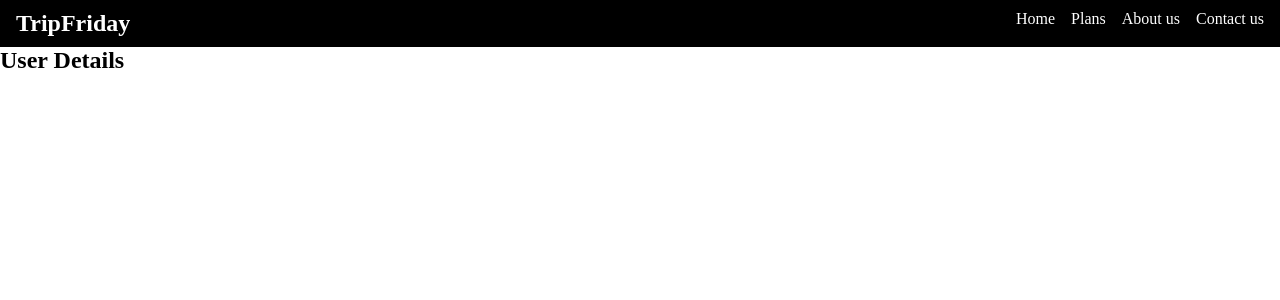
Repository: suraj-yadav7/userprofile
Page: /
These files come from the project's save history. The page is drawn as it stood at one moment and after the next save; the edit follows.
The browser window is 1280 px wide. The pictures show the whole page.
The page's requests for data from a server got no answer. The project was rebuilt for these pictures with package versions that can differ from the ones it lists, and the page was loaded fresh each time. No one was signed in, and anything a server would have sent is missing. Also part of the build but not shown: src/assests/userDetails.scss, src/components/UserDetails.jsx.

Above is the page before, as saved 2023-05-04 15:07:39.

### src/App.js
import './App.scss';
import UserProfile from './components/UserProfile';
import UserDetails from './components/UserDetails';
import { BrowserRouter as Router, Routes, Route } from 'react-router-dom';
import Header from './components/Header';


function App() {
  return (
    <>
    <Router>
      <Header />
      <Routes>
        <Route exact path='/' element={<UserProfile/>} />
        <Route exact path='/userdetails' element={<UserDetails/> } />
      </Routes>
    </Router>
    </>
  );
}

export default App;

### src/App.scss
*{
padding: 0;
margin: 0;
box-sizing: border-box;
}
nav{
    display: flex;
    justify-content:space-between;
    padding: 10px 1rem;
    background-color: black;
    color: white;
    >div>ul{
        display: flex;
        list-style: none;
        gap: 1rem;
    }
}

### src/components/UserProfile.jsx
import React, { useEffect, useState } from 'react';
import { useNavigate } from 'react-router-dom';
import "../assests/userProfile.scss";

const UserProfile = () => {
  const [show, setShow] = useState(false)
  const [userData, setUserData] = useState("")
  const navigate = useNavigate()

  const handleNavigate = () => {
    navigate("/userdetails")
  }

  useEffect(() => {
    const Users = async () => {
      try {
        const fetchUser = await fetch("https://jsonplaceholder.typicode.com/users")
        const data = await fetchUser.json()
        setUserData(data)
      }
      catch (error) {
        console.log("Error while fetching user data from api")
      }
    }
    Users()
  }, [])
  console.log(userData.username)
  return (
    <>
      <div className='userprofile'>
        <h2>User Details</h2>
        <div className='main'>
        <div className='userList'>
          {
            Array.isArray(userData) && userData.map((userIndex) => {
              return (
                <div className='fetchList'>
                  <p onMouseOver={() => setShow(true)} onMouseOut={() => setShow(false)}>{userIndex.username}</p> <button onClick={handleNavigate} >Show Details</button>
                </div>
              )
            })}

        </div>
        {show ?
          (<div className='hoverItem'>
            <p>Username: srikanth67</p>
            <p>Email: srikanth@gmail.com</p>
          </div>) : null
        }
        </div>
      </div>
    </>
  )
}

export default UserProfile

### src/components/Header.jsx
import React from 'react'

const Header = () => {
  return (
  <>
  <nav>
<h1>TripFriday</h1>
<div>
    <ul>
        <li>Home</li>
        <li>Plans</li>
        <li>About us</li>
        <li>Contact us</li>
    </ul>
</div>
</nav>
  </>
  )
}

export default Header

### src/assests/userProfile.scss
@import "./color.scss";

.userprofile{
background-color: var($primary-color);
}
.main{
    display: flex;

}
.userList{
    >div{
        padding: 1rem;
        display: flex;
        text-align: center;
    }
}
.fetchList,p,button{
    padding: 30 px;
    margin: 1rem;
    text-align: center;

    >p{
        font: 400 1.1rem sans-serif;
    }
    >button{
        background-color:beige;
        border:1px solid grey;
        width: 6rem;
        height: 2rem;
        border-radius: 1rem;
    }
}
.hoverItem{
    margin: 10rem 3rem;
}

### src/assests/color.scss
$primary-color: #0f171e;
$secondary-color: #1a242f;
$font-primary:#ffff;
$font-secondary: #79b8f3;

Loaded but not shown: public/index.html (common file); src/index.js (common file)

After the next save:
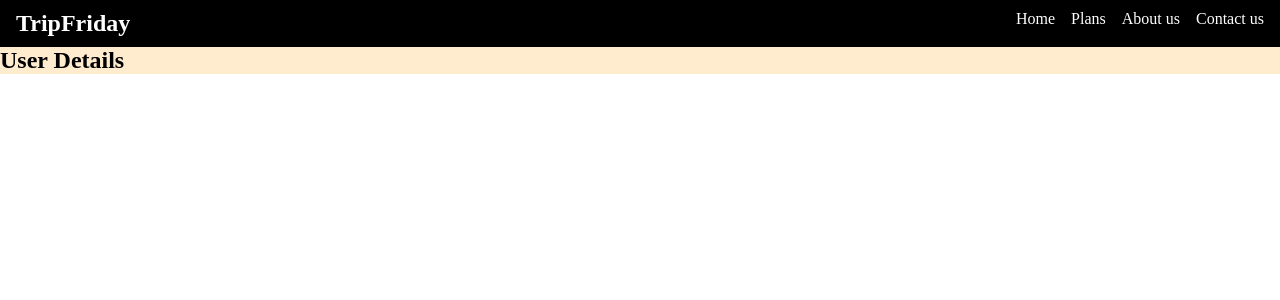
Saved 8 s later.
--- a/src/assests/userProfile.scss
+++ b/src/assests/userProfile.scss
@@ -1,7 +1,7 @@
 @import "./color.scss";
 
 .userprofile{
-background-color: var($primary-color);
+background-color: blanchedalmond;
 }
 .main{
     display: flex;
